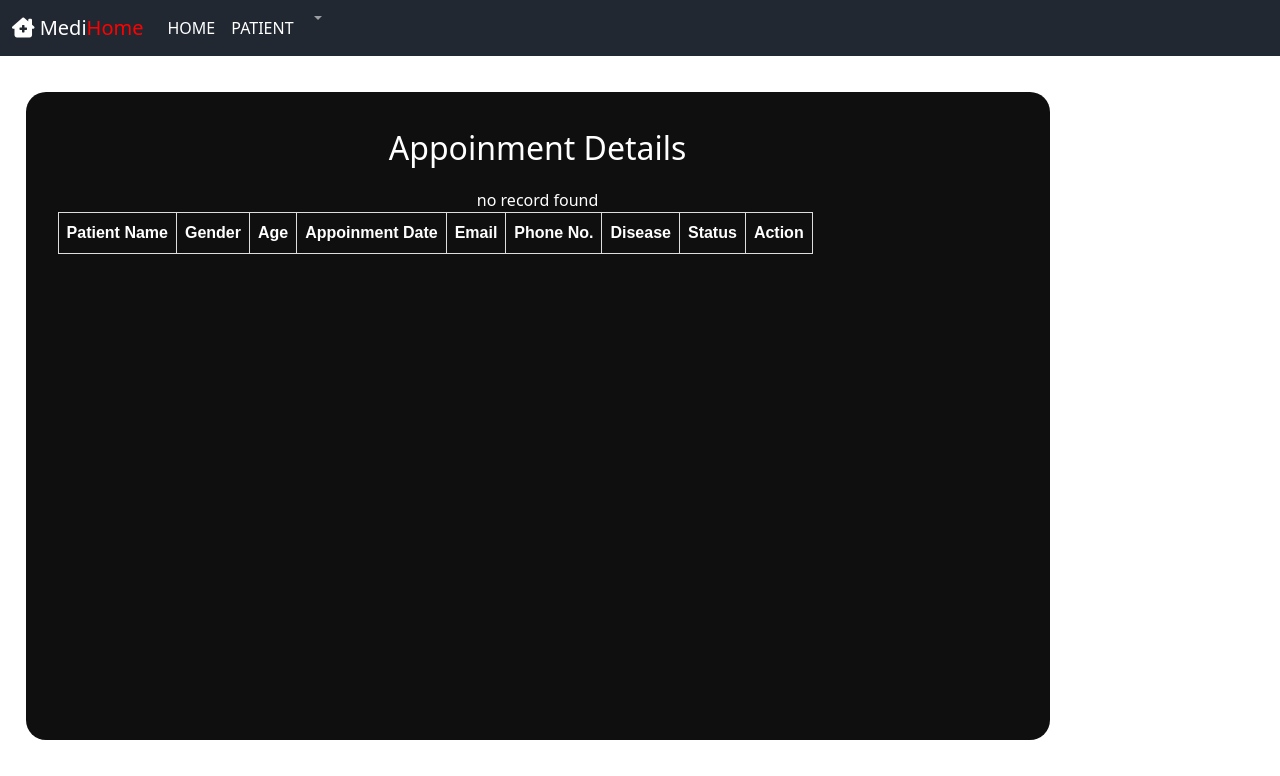
Repository: SparshGarg1/Hospital-Management-System
Page: http://localhost/Hospital/StatusUpdate
The author's editor kept a copy of each file at every save. The page is drawn from the files as they stood at one save, then again after the next save.
The browser window is 1280 px wide. The pictures show the whole page.
Some web libraries are served in a nearby version. The page is served by Tomcat 9. Other server files are loaded and not shown. Queries for data that is not in the repository find no rows.

Above is the page before, as saved 2022-08-21 06:00:20.

### Hospital/WebContent/doctorpatient.jsp
<%@page import="java.sql.ResultSet"%>
<%@page errorPage="component/error.jsp" %>
<%@ include file="component/db.jsp" %>
<%@ page language="java" contentType="text/html; charset=ISO-8859-1"
    pageEncoding="ISO-8859-1"%>
<!DOCTYPE html PUBLIC "-//W3C//DTD HTML 4.01 Transitional//EN" "http://www.w3.org/TR/html4/loose.dtd">
<html>
<head>
<meta http-equiv="Content-Type" content="text/html; charset=ISO-8859-1">
<title>Insert title here</title>
<%@ include file="component/allcss.jsp" %>
<style>
        @import url('https://fonts.googleapis.com/css2?family=Poppins&display=swap');

        .main{
            display: flex;
            flex-direction: row;
            justify-content: space-between;
            flex-wrap: wrap;
            height: 100vh;
        }
        table {
            font-family: arial, sans-serif;
            border-collapse: collapse;
            position: absolute;
            margin:auto;
        }

       .tr1 {
            border: 1px solid #dddddd;
            text-align: left;
            padding: 8px;
        }
        .show1{
            text-align: center;
            margin: 5vh 2vw;
            width:80%;
            background: rgb(15, 15, 15);
            border-radius: 20px;
            color: white;
            padding: 2em;
        }
        .contain{
            margin: 5vh 2vw;
            width:80%;

            width: 350px;

            border-radius: 20px;
            display: flex;
            justify-content: center;
            flex-direction: column;
            color: white;
            padding: 2em;
        }
        .head{
            font-size: 2em;
            margin-bottom: 0.5em;
        }
        .bo {
            margin: 0.2em 0;
        }
       .contain img{
       border-radius: 25px;
       }

        .loginBtn{
            width: 102%;
            height: 40px;
            border: none;
            border-radius: 10px;
            margin: 0.5em 0;
            transform: translate(-1%);
            cursor: pointer;
            color: white;
            background: linear-gradient(to right, #ff416c, #ff4b2b);
            transition: all .4s;
        }

        .loginBtn:hover{
            transform: translate(-1%, 5%);
            box-shadow: 0 0 10px #ff416d65;
        }
        .text{
            font-size: 0.8em;
            margin-top: 0.5em;
            text-align: center;
            color: rgba(255, 255, 255, 0.623);
        }
        .text a{
            color: rgba(255, 255, 255, 0.911);
        }
        </style>
</head>
<body>
<%
	HttpSession ses=request.getSession();
	String email =(String) ses.getAttribute("uid");
	int id1=0;
	String name = "";
	String dob = "";
	String qualification = "";
	String specialist = "";
	String mobile = "";
	String qr = "select * from doctor where email=?";
	PreparedStatement ps = con.prepareStatement(qr);
	ps.setString(1, email);
	ResultSet rs = ps.executeQuery();
	if(rs.next())
	{
		id1 = rs.getInt("id");
		name = rs.getString("name");
		dob = rs.getString("dob");
		qualification = rs.getString("qualification");
		specialist = rs.getString("specialist");
		mobile = rs.getString("mobile");

	}
%>
<!-- navbar  -->
<nav class="navbar navbar-expand-lg navbar-dark" style="background-color:#222831;">
  <div class="container-fluid">
    <a class="navbar-brand" href="index.jsp"><i class="fas fa-clinic-medical"></i> Medi<span style="color:red;">Home</span></a>
    <button class="navbar-toggler" type="button" data-bs-toggle="collapse" data-bs-target="#navbarSupportedContent" aria-controls="navbarSupportedContent" aria-expanded="false" aria-label="Toggle navigation">
      <span class="navbar-toggler-icon"></span>
    </button>
    <div class="collapse navbar-collapse" id="navbarSupportedContent">
      <ul class="navbar-nav  mb-2 mb-lg-0">
        <li class="nav-item">
          <a class="nav-link active" aria-current="page" href="doctorportal.jsp">HOME</a>
        </li>
        <li class="nav-item">
          <a class="nav-link active" aria-current="page" href="doctorpatient.jsp">PATIENT</a>
        </li>
        <li class="nav-item dropdown">
          <a class="nav-link dropdown-toggle" href="#" id="navbarDropdown" role="button" data-bs-toggle="dropdown" aria-expanded="false">
            <%=name %>
          </a>
          <ul class="dropdown-menu" aria-labelledby="navbarDropdown">
          	<li><a class="dropdown-item" href="doctoreditprofile.jsp">Edit Profile</a></li>
            <li><a class="dropdown-item" href="DoctorLogout">Logout</a></li>
          </ul>
        </li>
      </ul>
    </div>
  </div>
</nav>

<section class="main">
    <div class="show1">
        <p class="head">Appoinment Details</p>
        <table>
            <tr class="tr1">
              <th class="tr1">Patient Name</th>
              <th class="tr1">Gender</th>
              <th class="tr1">Age</th>
              <th class="tr1">Appoinment Date</th>
              <th class="tr1">Email</th>
              <th class="tr1">Phone No.</th>
              <th class="tr1">Disease</th>
              <th class="tr1">Status</th>
              <th class="tr1">Action</th>
            </tr>

            <%
             String qr1 = "select * from appoinment where doctor=?";
             PreparedStatement ps1 = con.prepareStatement(qr1);
             ps1.setInt(1, id1);
             ResultSet rs1 = ps1.executeQuery();
             if(rs1.next())
             {
            	 do{
            	String Name = rs1.getString("name");
         		String Gender = rs1.getString("gender");
         		int Age = rs1.getInt("age");
         		String Appdate = rs1.getString("appdate");
         		String Email = rs1.getString("email");
         		String Mobile = rs1.getString("mobile");
         		String Doctor= "";
         		String Disease = rs1.getString("Disease");
         		String Doctorns = rs1.getString("doctor");
         		String Status = rs1.getString("status");
         		String qr2 = "select * from doctor where id=?";
                PreparedStatement ps2 = con.prepareStatement(qr2);
                int Doctorn = Integer.parseInt(Doctorns);
                ps2.setInt(1, Doctorn);
                ResultSet rs2 = ps2.executeQuery();
                if(rs2.next())
                {
                	Doctor = rs2.getString("name");
                }
         		%>
         		<tr class="tr1">
                <td class="tr1"><%=Name %></td>
                <td class="tr1"><%=Gender %></td>
                <td class="tr1"><%=Age %></td>
                <td class="tr1"><%=Appdate %></td>
                <td class="tr1"><%=Email %></td>
                <td class="tr1"><%=Mobile %></td>
                <td class="tr1"><%=Disease %></td>
                <form action="StatusUpdate?email=<%=Email %>" method="post">
                <td class="tr1"><input type="text" name="status" value=<%=Status %>></td>
        		<td class="tr1"><button type="submit"  class="loginBtn">Update</button> </td>
        		</form>
              </tr>
              <%
            	 }while(rs1.next());
             }
             else{
            	 out.println("no record found");
             }
            %>

          </table>
    </div>
</section>
</body>
</html>

### Hospital/WebContent/component/db.jsp

<%@page import="java.sql.Connection" %>
<%@page import="java.sql.DriverManager" %>
<%@page import="java.sql.PreparedStatement" %>
<%
Class.forName("com.mysql.jdbc.Driver");
Connection con=DriverManager.getConnection("jdbc:mysql://localhost:3306/hos","root","sparsh1574");
%>

### Hospital/WebContent/component/allcss.jsp
<link rel="stylesheet" href="https://cdnjs.cloudflare.com/ajax/libs/font-awesome/6.1.2/css/all.min.css" integrity="sha512-1sCRPdkRXhBV2PBLUdRb4tMg1w2YPf37qatUFeS7zlBy7jJI8Lf4VHwWfZZfpXtYSLy85pkm9GaYVYMfw5BC1A==" crossorigin="anonymous" referrerpolicy="no-referrer" />
<link href="https://cdn.jsdelivr.net/npm/bootstrap@5.0.2/dist/css/bootstrap.min.css" rel="stylesheet" integrity="sha384-EVSTQN3/azprG1Anm3QDgpJLIm9Nao0Yz1ztcQTwFspd3yD65VohhpuuCOmLASjC" crossorigin="anonymous">
<script src="https://cdn.jsdelivr.net/npm/bootstrap@5.0.2/dist/js/bootstrap.bundle.min.js" integrity="sha384-MrcW6ZMFYlzcLA8Nl+NtUVF0sA7MsXsP1UyJoMp4YLEuNSfAP+JcXn/tWtIaxVXM" crossorigin="anonymous"></script>

### Hospital/src/StatusUpdate.java
import java.io.IOException;
import java.io.PrintWriter;
import java.sql.Connection;
import java.sql.DriverManager;
import java.sql.PreparedStatement;

import javax.servlet.RequestDispatcher;
import javax.servlet.ServletException;
import javax.servlet.annotation.WebServlet;
import javax.servlet.http.HttpServlet;
import javax.servlet.http.HttpServletRequest;
import javax.servlet.http.HttpServletResponse;

@WebServlet("/StatusUpdate")
public class StatusUpdate extends HttpServlet {
	private static final long serialVersionUID = 1L;


	protected void service(HttpServletRequest request, HttpServletResponse response) throws ServletException, IOException {
		PrintWriter out = response.getWriter();
		response.setContentType("text/html");

		String email = request.getParameter("email");
		String status = request.getParameter("status");

		try
		{
			Class.forName("com.mysql.jdbc.Driver");
			Connection con = DriverManager.getConnection("jdbc:mysql://localhost:3306/hos", "root", "sparsh1574");
			String qr = "update appoinment set status=? where email=?";
			PreparedStatement ps = con.prepareStatement(qr);
			ps.setString(1, status);
			ps.setString(2, email);
			int i = ps.executeUpdate();
			if(i>0)
			{
				response.sendRedirect("doctorpatient.jsp");
			}
			else
			{
				RequestDispatcher rd = request.getRequestDispatcher("doctorpatient.jsp");
						rd.include(request, response);
						out.println("<script>window.alert('Status Not Updated Try Again!');</script>");
			}
		}
		catch (Exception e) {
			// TODO: handle exception
			out.println(e);
		}
	}

}

After the next save:
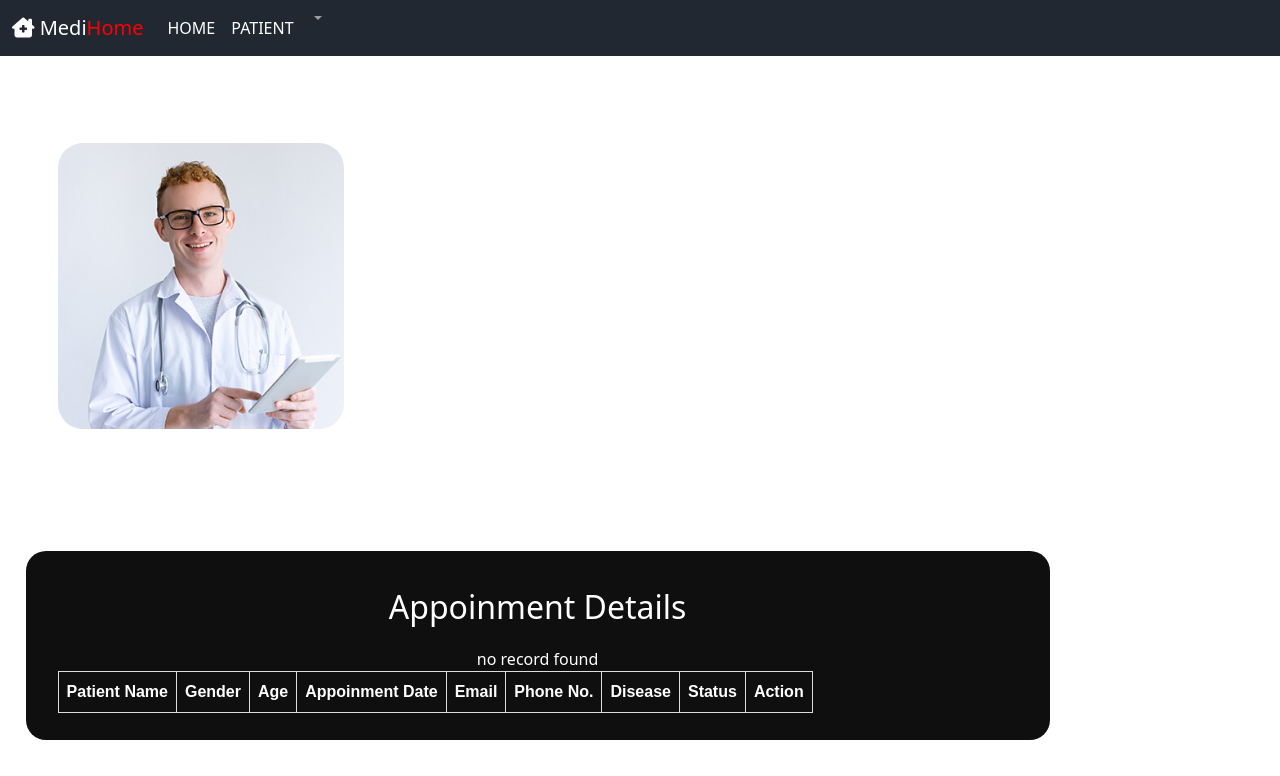
Saved 29 s later.
--- a/Hospital/WebContent/doctorpatient.jsp
+++ b/Hospital/WebContent/doctorpatient.jsp
@@ -147,6 +147,9 @@
 </nav>
 
 <section class="main">
+<div class="contain">
+       <img alt="" src="img/doc-3.jpg">
+    </div>
     <div class="show1">
         <p class="head">Appoinment Details</p>
         <table>
